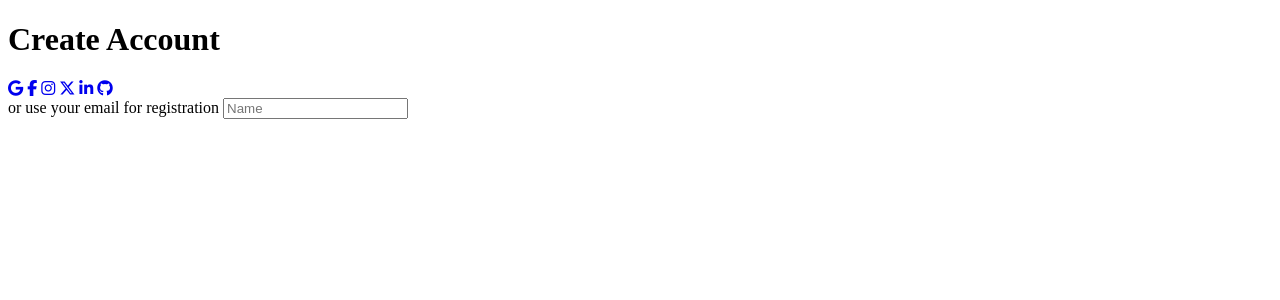
Repository: DevMike1993/Animated_Login_Page
Page: index.html
These files come from the project's save history. The page is drawn as it stood at one moment and after the next save; the edit follows.
The browser window is 1280 px wide. The pictures show the whole page.

Above is the page before, as saved 2023-12-17 19:36:13.

After the next save:
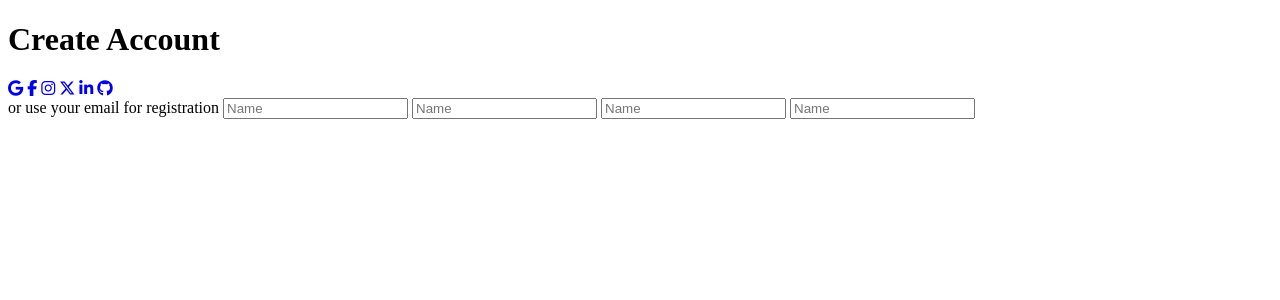
Saved 18 s later.
--- a/index.html
+++ b/index.html
@@ -23,6 +23,9 @@
                 </div>
                 <span>or use your email for registration</span>
                 <input type="text" placeholder="Name">
+                <input type="text" placeholder="Name">
+                <input type="text" placeholder="Name">
+                <input type="text" placeholder="Name">
             </form>
         </div>
     </div>
